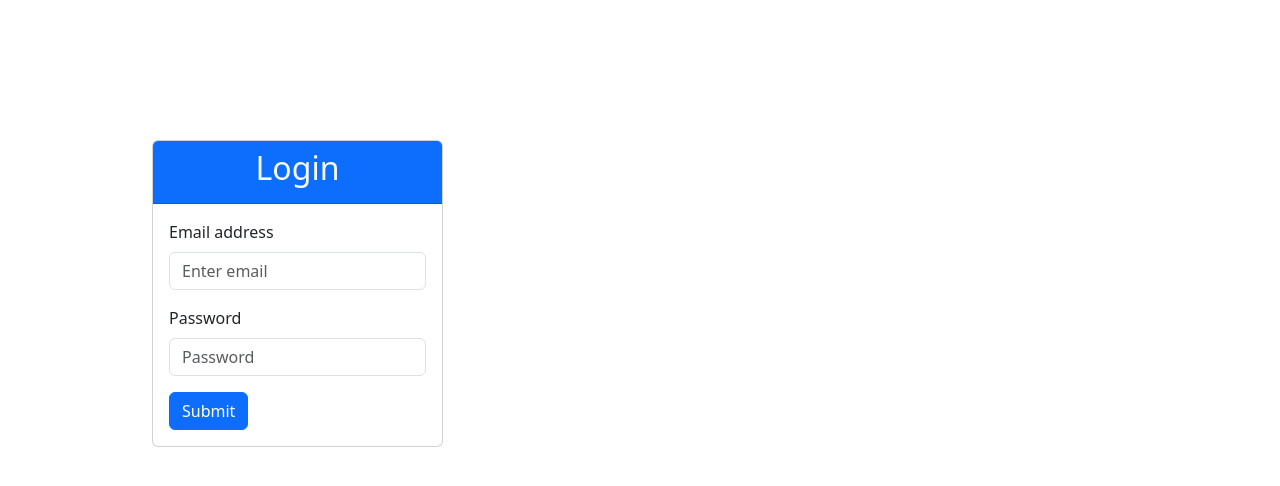
Repository: trider/react-task-app
Page: /tasks
The author's editor kept a copy of each file at every save. The page is drawn from the files as they stood at one save, then again after the next save.
The browser window is 1280 px wide. The pictures show the whole page.
The project was rebuilt for these pictures with package versions that can differ from the ones it lists, and the page was loaded fresh each time.

Above is the page before, as saved 2024-05-02 16:09:07.

After the next save:
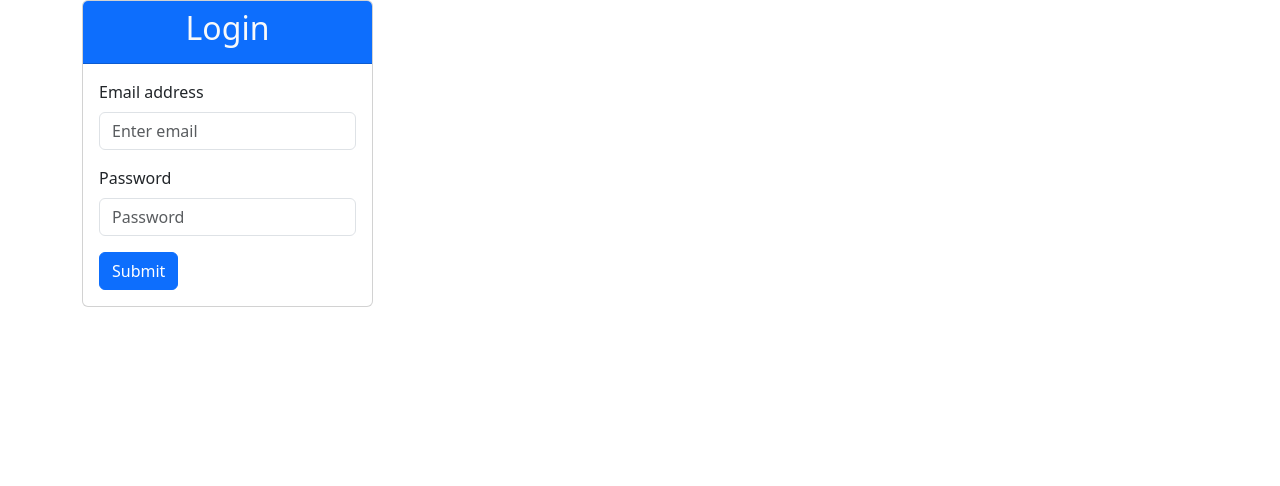
Saved 13 s later.
--- a/src/App.js
+++ b/src/App.js
@@ -10,7 +10,7 @@ import LoginForm from "./pages/Login";
 
 let App = () => {
   return (
-    <div style={{padding:"140px"}}>
+    <div>
        <Container fluid className='container-fluid container-lg d-lg-flex'>
           <LoginForm />
        </Container>
